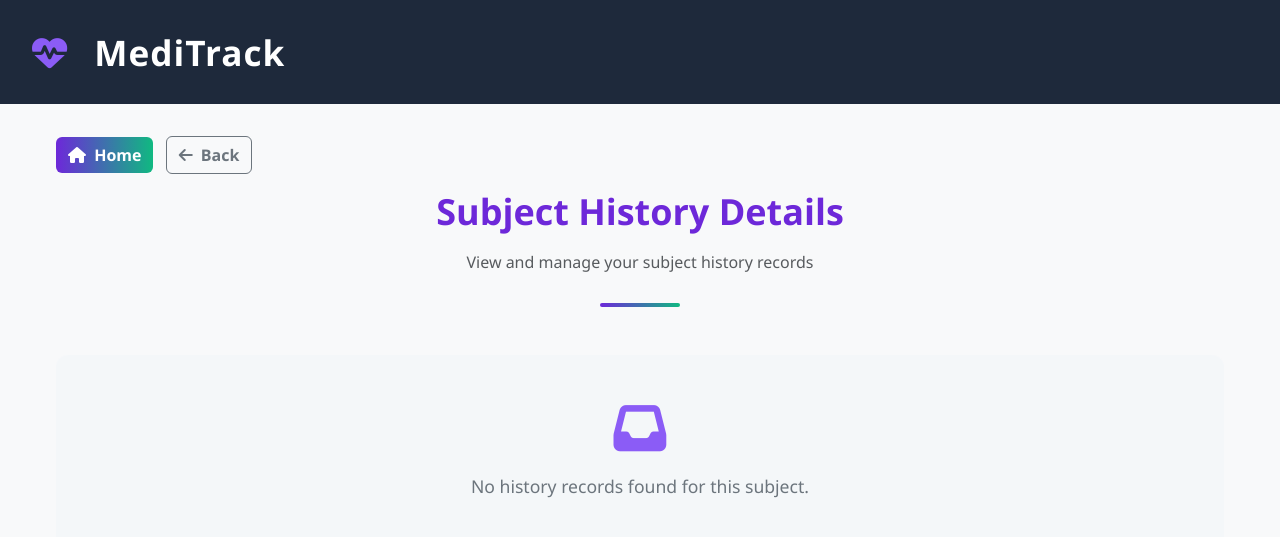
Repository: krishgobi/MedicoApp
Page: templates/subject_history_details.html
These files come from the project's save history. The page is drawn as it stood at one moment and after the next save; the edit follows.
The browser window is 1280 px wide. The pictures show the whole page.
The page is served by the project's application, run on Flask 3 (chatbot_gemini_backend.py). The template is opened directly, without the code that normally fills it, so the values that code supplies are empty.

Above is the page before, as saved 2025-06-24 19:03:42.

### templates/subject_history_details.html
<!DOCTYPE html>
<html lang="en">
<head>
    <meta charset="UTF-8">
    <meta name="viewport" content="width=device-width, initial-scale=1.0">
    <title>Subject History Details</title>
    <!-- Bootstrap 5 CSS -->
    <link href="https://cdn.jsdelivr.net/npm/bootstrap@5.3.0/dist/css/bootstrap.min.css" rel="stylesheet">
    <!-- Font Awesome -->
    <link rel="stylesheet" href="https://cdnjs.cloudflare.com/ajax/libs/font-awesome/6.4.0/css/all.min.css">
    <!-- Animate.css -->
    <link rel="stylesheet" href="https://cdnjs.cloudflare.com/ajax/libs/animate.css/4.1.1/animate.min.css">
    <!-- Custom CSS -->
    <style>
        :root {
            --primary: #6d28d9;
            --primary-light: #8b5cf6;
            --primary-dark: #4c1d95;
            --secondary: #10b981;
            --accent: #f59e0b;
            --danger: #ef4444;
            --dark: #1e293b;
            --light: #ffffff;
            --gray: #6c757d;
            --light-gray: #e9ecef;
            --transition-speed: 0.3s;
            --transition-easing: cubic-bezier(0.4, 0, 0.2, 1);
        }

        body {
            font-family: 'Segoe UI', 'Inter', -apple-system, BlinkMacSystemFont, sans-serif;
            background-color: #f8f9fa;
            color: #212529;
            line-height: 1.6;
        }

        /* Main Container */
        .main-container {
            max-width: 1200px;
            margin: 2rem auto;
            padding: 0 1rem;
            animation: fadeIn 0.6s var(--transition-easing);
        }

        @keyframes fadeIn {
            from { opacity: 0; transform: translateY(20px); }
            to { opacity: 1; transform: translateY(0); }
        }

        /* Page Header */
        .page-header {
            text-align: center;
            margin-bottom: 3rem;
            position: relative;
            padding-bottom: 1rem;
        }

        .page-header h1 {
            font-weight: 700;
            color: var(--primary);
            font-size: 2.25rem;
            margin-bottom: 1rem;
        }

        .page-header::after {
            content: '';
            position: absolute;
            bottom: 0;
            left: 50%;
            transform: translateX(-50%);
            width: 80px;
            height: 4px;
            background: linear-gradient(90deg, var(--primary) 0%, var(--secondary) 100%);
            border-radius: 2px;
        }

        /* History List */
        .history-list {
            list-style: none;
            padding: 0;
            display: flex;
            flex-direction: column;
            gap: 1.5rem;
        }

        /* History Card */
        .history-card {
            background-color: var(--light);
            border-radius: 0.75rem;
            box-shadow: 0 0.5rem 1rem rgba(0, 0, 0, 0.08);
            padding: 2rem;
            position: relative;
            overflow: hidden;
            border-left: 4px solid var(--primary);
            transition: all var(--transition-speed) var(--transition-easing);
            animation: fadeInUp 0.5s var(--transition-easing);
            animation-fill-mode: both;
        }

        @keyframes fadeInUp {
            from { opacity: 0; transform: translateY(20px); }
            to { opacity: 1; transform: translateY(0); }
        }

        .history-card:hover {
            transform: translateY(-5px);
            box-shadow: 0 1rem 2rem rgba(0, 0, 0, 0.12);
        }

        /* Staggered animations for cards */
        .history-card:nth-child(1) { animation-delay: 0.1s; }
        .history-card:nth-child(2) { animation-delay: 0.2s; }
        .history-card:nth-child(3) { animation-delay: 0.3s; }
        .history-card:nth-child(n+4) { animation-delay: 0.4s; }

        /* Card Content */
        .card-field {
            margin-bottom: 1rem;
            display: flex;
            flex-wrap: wrap;
        }

        .card-field strong {
            color: var(--primary-dark);
            font-weight: 600;
            min-width: 160px;
            margin-right: 1rem;
        }

        .card-field p {
            margin: 0;
            color: var(--dark);
            flex: 1;
        }

        /* Action Buttons */
        .action-buttons {
            position: absolute;
            top: 1.5rem;
            right: 1.5rem;
            display: flex;
            gap: 0.75rem;
        }

        .action-btn {
            width: 2.5rem;
            height: 2.5rem;
            border-radius: 50%;
            display: flex;
            align-items: center;
            justify-content: center;
            font-size: 1rem;
            cursor: pointer;
            transition: all var(--transition-speed) var(--transition-easing);
            border: none;
            color: white;
            box-shadow: 0 2px 8px rgba(0, 0, 0, 0.1);
        }

        .action-btn:hover {
            transform: scale(1.1);
        }

        .share-btn {
            background-color: var(--primary);
        }

        .share-btn:hover {
            background-color: var(--primary-light);
        }

        .download-btn {
            background-color: var(--secondary);
        }

        .download-btn:hover {
            background-color: #34d399;
        }

        /* Extra Fields Section */
        .extra-fields {
            margin-top: 1.5rem;
            padding-top: 1.5rem;
            border-top: 1px dashed var(--light-gray);
        }

        .extra-fields strong {
            display: block;
            margin-bottom: 0.5rem;
        }

        /* Empty State */
        .empty-state {
            text-align: center;
            padding: 3rem;
            background-color: rgba(241, 245, 249, 0.5);
            border-radius: 0.75rem;
            color: var(--gray);
            font-size: 1.1rem;
            animation: fadeIn 0.6s var(--transition-easing);
        }

        /* Ripple Effect */
        .ripple {
            position: absolute;
            border-radius: 50%;
            background-color: rgba(255, 255, 255, 0.4);
            transform: scale(0);
            animation: ripple var(--transition-speed) linear;
            pointer-events: none;
        }

        @keyframes ripple {
            to {
                transform: scale(4);
                opacity: 0;
            }
        }

        /* Responsive Design */
        @media (max-width: 768px) {
            .main-container {
                margin: 1rem auto;
            }

            .page-header h1 {
                font-size: 1.75rem;
            }

            .history-card {
                padding: 1.5rem;
            }

            .card-field strong {
                min-width: 120px;
                margin-bottom: 0.25rem;
            }

            .action-buttons {
                top: 1rem;
                right: 1rem;
            }

            .action-btn {
                width: 2.2rem;
                height: 2.2rem;
                font-size: 0.9rem;
            }
        }

        @media (max-width: 576px) {
            .page-header h1 {
                font-size: 1.5rem;
            }

            .history-card {
                padding: 1.25rem;
            }

            .card-field strong {
                min-width: 100%;
                margin-bottom: 0.25rem;
            }
        }
    </style>
</head>
<body>
    <nav style="background: var(--dark); padding: 1.5rem 2rem; display: flex; align-items: center;">
        <span class="sidebar-brand" style="font-size:2.2rem; color:white; font-weight:900; letter-spacing:1px;">
            <i class="fas fa-heartbeat" style="color:var(--primary-light); font-size:2.2rem; margin-right:1rem;"></i> MediTrack
        </span>
    </nav>
    <div class="main-container">
        <div class="d-flex justify-content-between align-items-center mb-3">
            <div>
                <a href="/dashboard" class="btn btn-primary me-2" style="background: linear-gradient(90deg, var(--primary) 0%, var(--secondary) 100%); border: none; font-weight: 600;">
                    <i class="fas fa-home me-1"></i> Home
                </a>
                <button onclick="window.history.back()" class="btn btn-outline-secondary" style="font-weight: 600;">
                    <i class="fas fa-arrow-left me-1"></i> Back
                </button>
            </div>
        </div>

        <div class="page-header">
            <h1>Subject History Details</h1>
            <p class="text-muted">View and manage your subject history records</p>
        </div>

        {% if subjects %}
            <ul class="history-list">
                {% for entry in subjects %}
                    <li class="history-card">
                        <div class="action-buttons">
                            <button class="action-btn download-btn" title="Download"
                                onclick="downloadAsText(`Subject Name: {{ entry.namesub }}\nPosting Name: {{ entry.posting_name }}\nPatient Name: {{ entry.patient_name }}\nDisease Details: {{ entry.disease_detail }}\nRemarks: {{ entry.remarks }}\nDate: {{ entry.date }}\nDuration: {{ entry.duration_date }}\nRemainder Date: {{ entry.remainder_date }}\nRemainder Time: {{ entry.remainder_time }}{% if entry.extra_fields %}\nExtra Fields: {{ entry.extra_fields }}{% endif %}`, '{{ entry.namesub }}-history.txt')">
                                <i class="fas fa-download"></i>
                            </button>
                            <button class="action-btn share-btn" title="Share as PDF"
                                onclick="shareCardAsPDF(`Subject Name: {{ entry.namesub }}\nPosting Name: {{ entry.posting_name }}\nPatient Name: {{ entry.patient_name }}\nDisease Details: {{ entry.disease_detail }}\nRemarks: {{ entry.remarks }}\nDate: {{ entry.date }}\nDuration: {{ entry.duration_date }}\nRemainder Date: {{ entry.remainder_date }}\nRemainder Time: {{ entry.remainder_time }}{% if entry.extra_fields %}\nExtra Fields: {{ entry.extra_fields }}{% endif %}`,'{{ entry.namesub }}-history.pdf')">
                                <i class="fas fa-file-pdf"></i>
                            </button>
                        </div>

                        <div class="card-field">
                            <strong>Subject Name:</strong>
                            <p>{{ entry.namesub }}</p>
                        </div>

                        <div class="card-field">
                            <strong>Posting Name:</strong>
                            <p>{{ entry.posting_name }}</p>
                        </div>

                        <div class="card-field">
                            <strong>Patient Name:</strong>
                            <p>{{ entry.patient_name }}</p>
                        </div>

                        <div class="card-field">
                            <strong>Disease Details:</strong>
                            <p>{{ entry.disease_detail }}</p>
                        </div>

                        <div class="card-field">
                            <strong>Remarks:</strong>
                            <p>{{ entry.remarks }}</p>
                        </div>

                        <div class="card-field">
                            <strong>Date:</strong>
                            <p>{{ entry.date }}</p>
                        </div>

                        <div class="card-field">
                            <strong>Duration:</strong>
                            <p>{{ entry.duration_date }}</p>
                        </div>

                        <div class="card-field">
                            <strong>Remainder Date:</strong>
                            <p>{{ entry.remainder_date }}</p>
                        </div>

                        <div class="card-field">
                            <strong>Remainder Time:</strong>
                            <p>{{ entry.remainder_time }}</p>
                        </div>

                        {% if entry.extra_fields %}
                            <div class="extra-fields">
                                <div class="card-field">
                                    <strong>Extra Fields:</strong>
                                    <p>{{ entry.extra_fields }}</p>
                                </div>
                            </div>
                        {% endif %}
                    </li>
                {% endfor %}
            </ul>
        {% else %}
            <div class="empty-state">
                <i class="fas fa-inbox fa-3x mb-3" style="color: var(--primary-light);"></i>
                <p>No history records found for this subject.</p>
            </div>
        {% endif %}
    </div>

    <!-- Bootstrap JS Bundle with Popper -->
    <script src="https://cdn.jsdelivr.net/npm/bootstrap@5.3.0/dist/js/bootstrap.bundle.min.js"></script>

    <script>
        // Add ripple effect to buttons
        document.addEventListener('click', function(e) {
            if (e.target.closest('.action-btn')) {
                const btn = e.target.closest('.action-btn');
                const rect = btn.getBoundingClientRect();
                const ripple = document.createElement('span');
                ripple.classList.add('ripple');
                ripple.style.width = ripple.style.height = Math.max(rect.width, rect.height) + 'px';
                ripple.style.left = e.clientX - rect.left - ripple.offsetWidth / 2 + 'px';
                ripple.style.top = e.clientY - rect.top - ripple.offsetHeight / 2 + 'px';
                btn.appendChild(ripple);

                setTimeout(() => {
                    ripple.remove();
                }, 600);
            }
        });

        // Share function
        function shareCard(text) {
            if (navigator.share) {
                navigator.share({
                    title: 'Subject History Details',
                    text: text
                }).catch(() => {});
            } else {
                navigator.clipboard.writeText(text);
                alert('Details copied to clipboard!');
            }
        }

        // Download as text file
        function downloadAsText(text, filename) {
            const blob = new Blob([text], { type: 'text/plain' });
            const url = URL.createObjectURL(blob);
            const a = document.createElement('a');
            a.href = url;
            a.download = filename || 'subject-history.txt';
            document.body.appendChild(a);
            a.click();
            document.body.removeChild(a);
            URL.revokeObjectURL(url);
        }

        // Share as PDF function
        function shareCardAsPDF(text, filename) {
            // Dynamically load jsPDF if not already loaded
            if (typeof window.jspdf === 'undefined') {
                var script = document.createElement('script');
                script.src = 'https://cdnjs.cloudflare.com/ajax/libs/jspdf/2.5.1/jspdf.umd.min.js';
                script.onload = function() { generateAndSharePDF(text, filename); };
                document.head.appendChild(script);
            } else {
                generateAndSharePDF(text, filename);
            }
        }

        function generateAndSharePDF(text, filename) {
            const { jsPDF } = window.jspdf || window.jspdf_umd;
            const doc = new jsPDF();
            const lines = doc.splitTextToSize(text, 180);
            doc.text(lines, 15, 20);
            const pdfBlob = doc.output('blob');
            const pdfFile = new File([pdfBlob], filename || 'subject-history.pdf', { type: 'application/pdf' });
            if (navigator.canShare && navigator.canShare({ files: [pdfFile] })) {
                navigator.share({
                    title: 'Subject History Details',
                    files: [pdfFile]
                }).catch(() => {});
            } else {
                // Fallback: download the PDF
                const url = URL.createObjectURL(pdfBlob);
                const a = document.createElement('a');
                a.href = url;
                a.download = filename || 'subject-history.pdf';
                document.body.appendChild(a);
                a.click();
                document.body.removeChild(a);
                URL.revokeObjectURL(url);
                alert('PDF downloaded. Sharing is not supported on this device/browser.');
            }
        }
    </script>
</body>
</html>

### chatbot_gemini_backend.py
import os
from flask import Flask, request, jsonify
import requests

app = Flask(__name__)
GEMINI_API_KEY = "AIzaSyABcdZqp5FYzjKqQYEJc234YDbd123Uxa8"
GEMINI_API_URL = "https://aistudio.google.com/apikey"

@app.route('/chatbot-gemini', methods=['POST'])
def chatbot_gemini():
    data = request.json
    user_message = data.get('message', '')
    project_context = data.get('context', '')
    prompt = f"User: {user_message}\nProject Data: {project_context}\nAssistant:"
    payload = {
        "contents": [{"parts": [{"text": prompt}]}]
    }
    try:
        resp = requests.post(GEMINI_API_URL, json=payload)
        resp.raise_for_status()
        gemini_reply = resp.json()['candidates'][0]['content']['parts'][0]['text']
        return jsonify({"reply": gemini_reply})
    except Exception as e:
        return jsonify({"reply": "Sorry, I couldn't reach Gemini API. (" + str(e) + ")"}), 500

if __name__ == '__main__':
    app.run(debug=True)

After the next save:
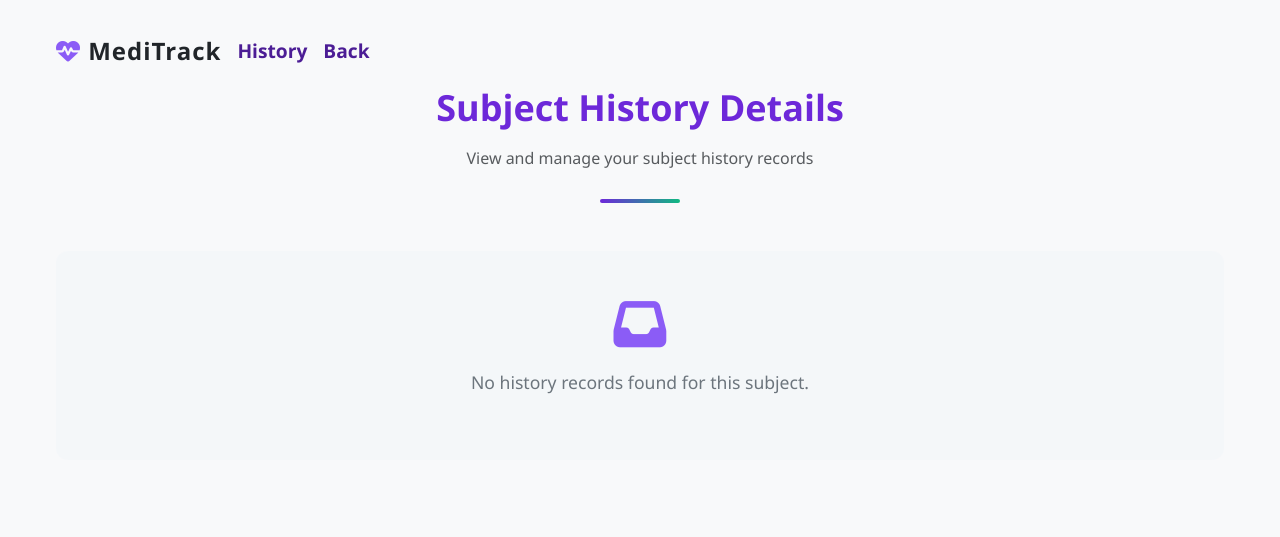
Saved 76 s later.
--- a/templates/subject_history_details.html
+++ b/templates/subject_history_details.html
@@ -265,23 +265,14 @@
     </style>
 </head>
 <body>
-    <nav style="background: var(--dark); padding: 1.5rem 2rem; display: flex; align-items: center;">
-        <span class="sidebar-brand" style="font-size:2.2rem; color:white; font-weight:900; letter-spacing:1px;">
-            <i class="fas fa-heartbeat" style="color:var(--primary-light); font-size:2.2rem; margin-right:1rem;"></i> MediTrack
-        </span>
-    </nav>
     <div class="main-container">
         <div class="d-flex justify-content-between align-items-center mb-3">
-            <div>
-                <a href="/dashboard" class="btn btn-primary me-2" style="background: linear-gradient(90deg, var(--primary) 0%, var(--secondary) 100%); border: none; font-weight: 600;">
-                    <i class="fas fa-home me-1"></i> Home
-                </a>
-                <button onclick="window.history.back()" class="btn btn-outline-secondary" style="font-weight: 600;">
-                    <i class="fas fa-arrow-left me-1"></i> Back
-                </button>
+            <div class="d-flex align-items-center gap-3">
+                <span class="navbar-brand" style="font-size:1.5rem;font-weight:700;letter-spacing:1px;"><i class="fas fa-heartbeat" style="color:var(--primary-light);"></i> MediTrack</span>
+                <span style="font-size:1.2rem;font-weight:600;color:var(--primary-dark);">History</span>
+                <span style="font-size:1.2rem;font-weight:600;color:var(--primary-dark);cursor:pointer;" onclick="window.history.back()">Back</span>
             </div>
         </div>
-
         <div class="page-header">
             <h1>Subject History Details</h1>
             <p class="text-muted">View and manage your subject history records</p>
